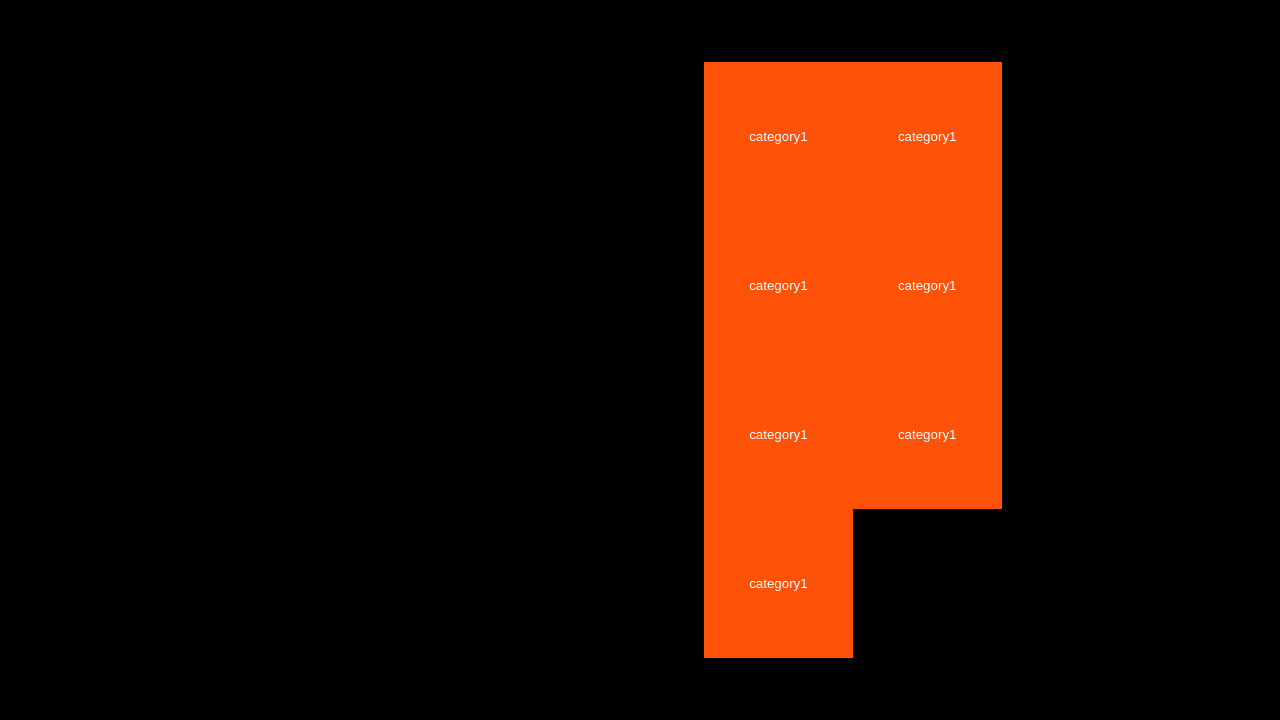
Repository: drumsmanku/react-capstone-project-2
Page: /categories
These files come from the project's save history. The page is drawn as it stood at one moment and after the next save; the edit follows.
The browser window is 1280 px wide. The pictures show the whole page.
Some web fonts or font styles are not loaded; a fallback is used. The project was rebuilt for these pictures with package versions that can differ from the ones it lists, and the page was loaded fresh each time. Also part of the build but not shown: src/components/RegistrationPage.js, src/components/SubmitSuccess.js.

Above is the page before, as saved 2023-05-24 08:45:04.

After the next save:
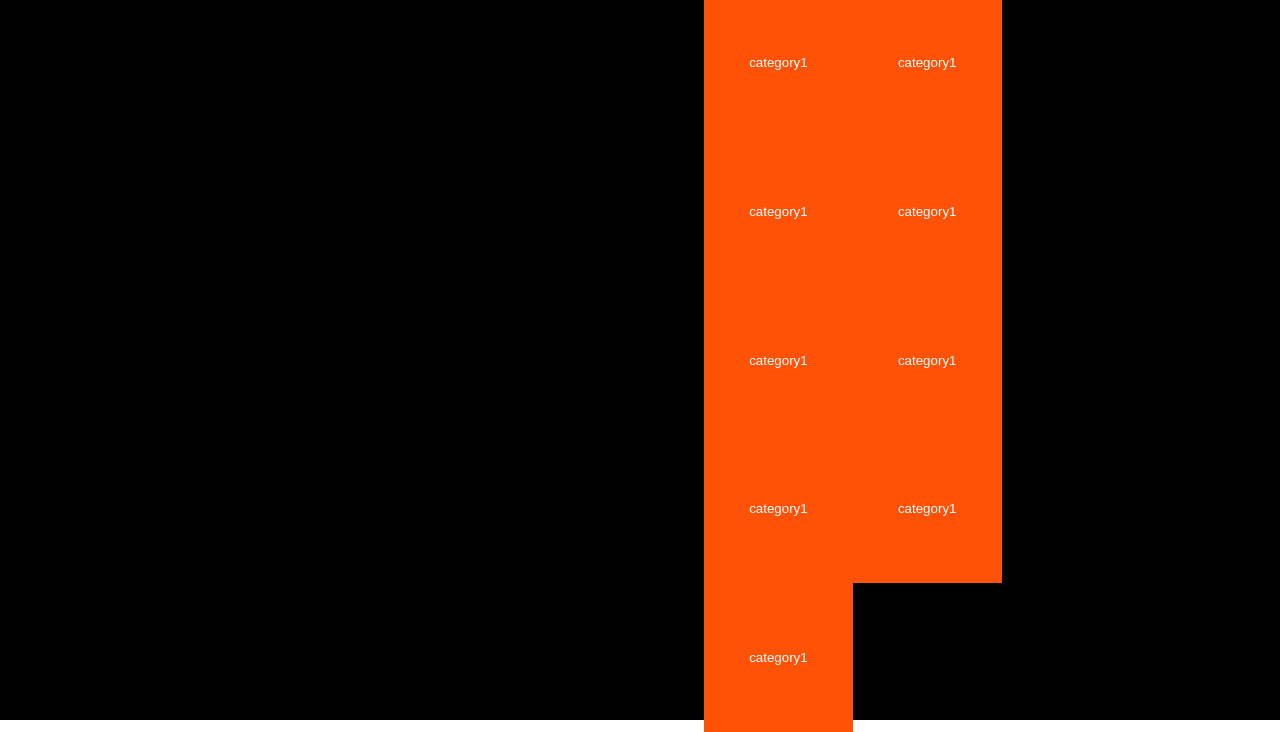
Saved 26 s later.
--- a/src/App.js
+++ b/src/App.js
@@ -4,8 +4,8 @@ import SubmitSuccess from './components/SubmitSuccess';
 import CategoriesPage from './components/CategoriesPage';
 import { BrowserRouter as Router, Route, Routes} from 'react-router-dom';
 function App() {
-  const categories=['category1', 'category1','category1','category1','category1','category1','category1', ];
-  const colors=['#FF5209', '#FF5209','#FF5209','#FF5209','#FF5209','#FF5209','#FF5209',]
+  const categories=['category1', 'category1','category1','category1','category1','category1','category1', 'category1','category1',];
+  const colors=['#FF5209', '#FF5209','#FF5209','#FF5209','#FF5209','#FF5209','#FF5209','#FF5209','#FF5209',]
   return (
     <div className='App'>
       <Router>
